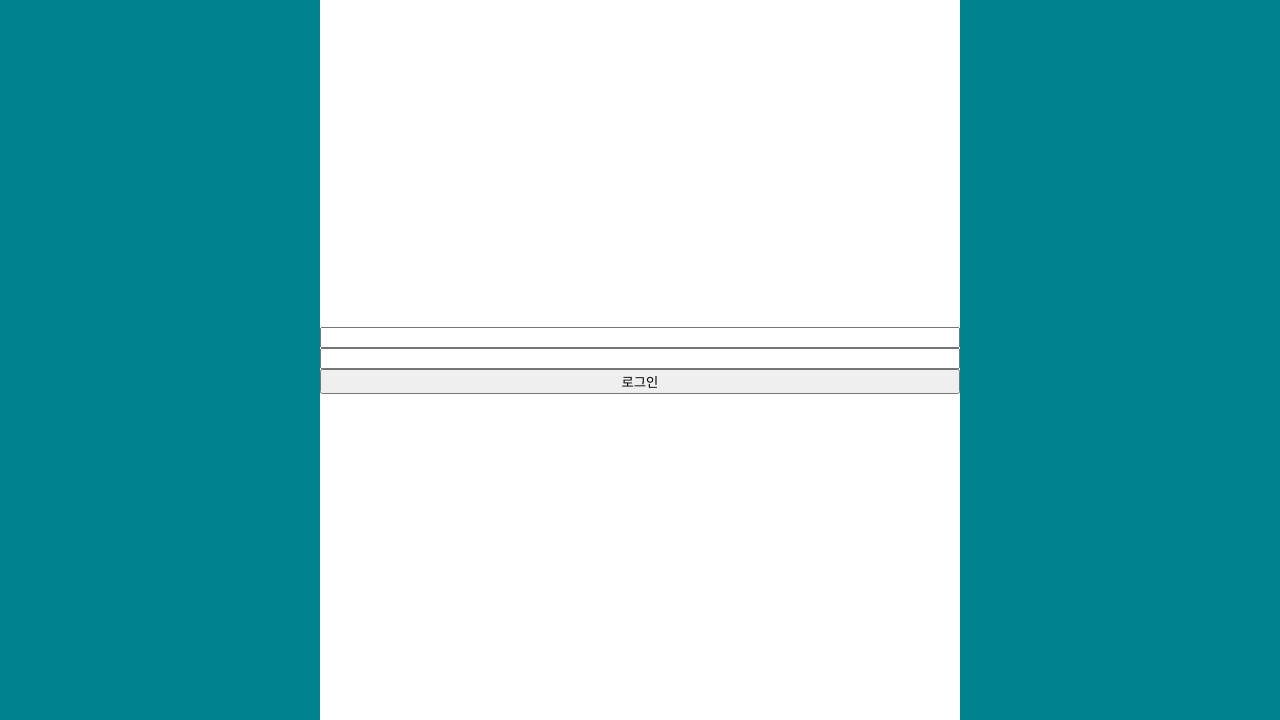
Repository: SeungYn/ticktickup-client
Page: /Login
An editor plug-in stored every save of this project. The page is shown before and after the next save, followed by the edit.
The browser window is 1280 px wide. The pictures show the whole page.
The project was rebuilt for these pictures with package versions that can differ from the ones it lists, and the page was loaded fresh each time. Also part of the build but not shown: src/pages/Main.tsx, src/pages/TimeDetail.tsx, src/pages/MyInfo.tsx.

Above is the page before, as saved 2022-12-29 22:36:22.

### src/index.tsx
import React from 'react';
import ReactDOM from 'react-dom/client';
import { createBrowserRouter, RouterProvider } from 'react-router-dom';

import './index.css';
import App from './App';
import Main from './pages/Main';
import TimeDetail from './pages/TimeDetail';
import MyInfo from './pages/MyInfo';
import Login from './pages/Login';

const root = ReactDOM.createRoot(
  document.getElementById('root') as HTMLElement
);

const router = createBrowserRouter([
  {
    path: '/',
    element: <App />,
    children: [
      { index: true, element: <Main /> },
      {
        path: 'TimeDetail',
        element: <TimeDetail />,
      },
      {
        path: 'Myinfo',
        element: <MyInfo />,
      },
      {
        path: 'Login',
        element: <Login />,
      },
    ],
  },
]);

root.render(
  <React.StrictMode>
    <RouterProvider router={router}></RouterProvider>
  </React.StrictMode>
);

### src/index.css
html {
  height: 100%;
  width: 100%;
}

body {
  margin: 0;
  font-family: -apple-system, BlinkMacSystemFont, 'Segoe UI', 'Roboto', 'Oxygen',
    'Ubuntu', 'Cantarell', 'Fira Sans', 'Droid Sans', 'Helvetica Neue',
    sans-serif;
  -webkit-font-smoothing: antialiased;
  -moz-osx-font-smoothing: grayscale;
  height: 100%;
  width: 100%;
}

code {
  font-family: source-code-pro, Menlo, Monaco, Consolas, 'Courier New',
    monospace;
}

#root {
  height: 100%;
  width: 100%;
  background-color: #00838f;
  display: flex;
  justify-content: center;
}

input {
  outline: none;
}

### src/App.tsx
import { Outlet } from 'react-router-dom';

function App() {
  return (
    <>
      <Outlet />
    </>
  );
}

export default App;

### src/pages/Login.tsx
import React from 'react';
import AuthForm from '../components/auth/AuthForm';

export default function Login() {
  return <AuthForm />;
}

### src/components/auth/AuthForm.tsx
import styles from './authForm.modue.scss';
import classNames from 'classnames';
const cx = classNames.bind(styles);

export default function AuthForm() {
  return (
    <form className={cx('form')}>
      <input type='text' />
      <input type='password' />
      <button>로그인</button>
    </form>
  );
}

### src/components/auth/authForm.modue.scss
.form {
  width: 50%;
  height: 100%;
  display: flex;
  flex-direction: column;
  justify-content: center;
  background-color: white;
}

@media (max-width: 800px) {
  .form {
  }
}

Loaded but not shown: public/index.html (common file)

After the next save:
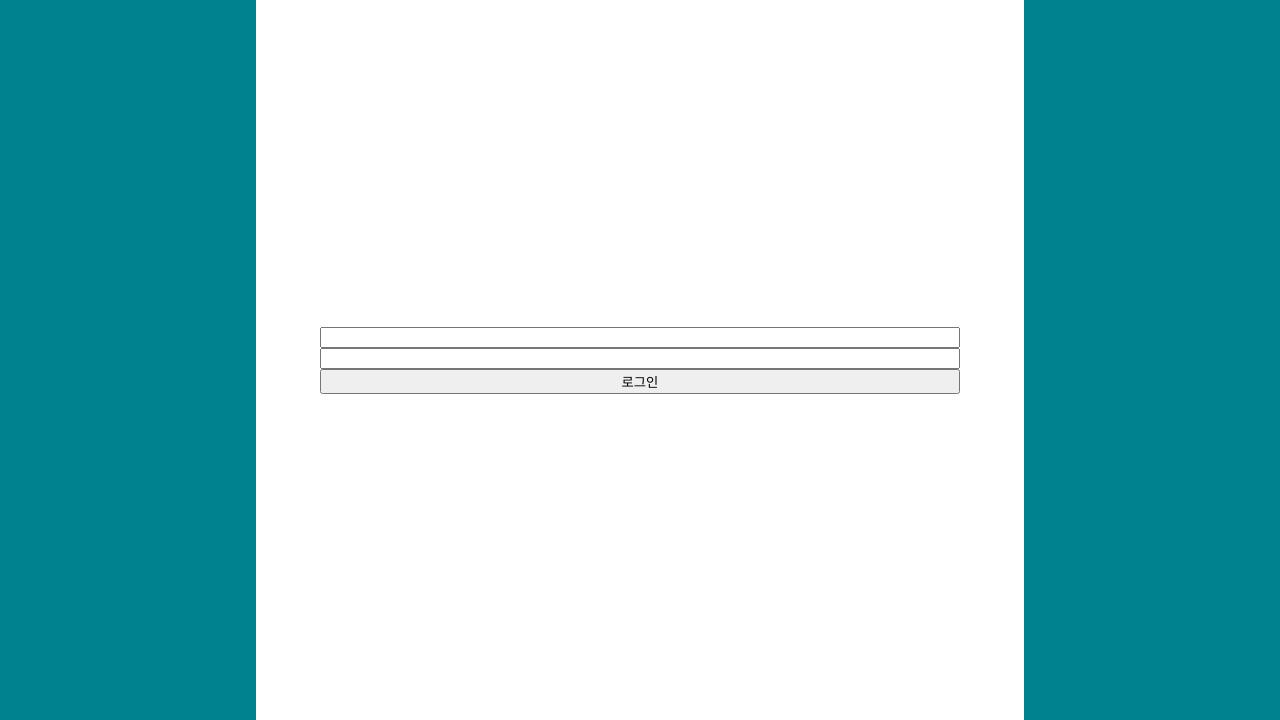
Saved 35 s later.
--- a/src/components/auth/authForm.modue.scss
+++ b/src/components/auth/authForm.modue.scss
@@ -5,6 +5,7 @@
   flex-direction: column;
   justify-content: center;
   background-color: white;
+  padding: 0 4rem;
 }
 
 @media (max-width: 800px) {
